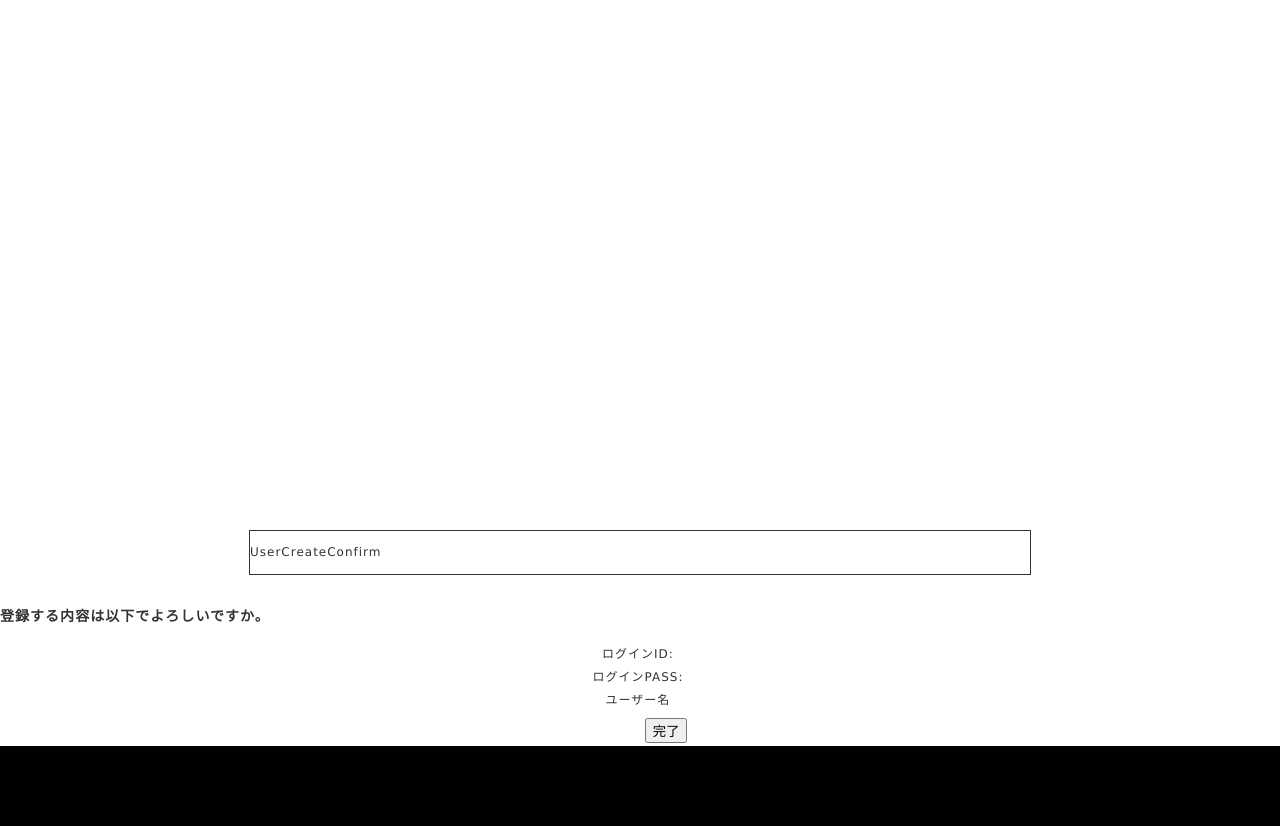
Repository: moe-irizuki/ecsite
Page: http://localhost/template/userCreateConfirm.jsp
The author's editor kept a copy of each file at every save. The page is drawn from the files as they stood at one save, then again after the next save.
The browser window is 1280 px wide. The pictures show the whole page.
The page is served by Tomcat 9. Other server files are loaded and not shown.

Above is the page before, as saved 2018-05-01 00:57:55.

### template/WebContent/userCreateConfirm.jsp
<%@ page language="java" contentType="text/html; charset=UTF-8"
    pageEncoding="UTF-8"%>
<%@ taglib prefix="s" uri="/struts-tags" %>
<!DOCTYPE html>
<html>
<head>
	<meta http-equiv="Content-Type" content="text/html; charset=UTF-8" />
	<meta http-equiv="Content-Style-Type" content="text/css" />
	<meta http-equiv="Content-Script-Type" content="text/javascript" />
	<meta name="description" content="" />
	<meta name="keywords" content="" />
	<title>UserCreateConfirm画面</title>

	<style type = "text/css">
	/* ========TAG LAYOUT======== */
		body{
			margin:0;
			padding:0;
			line-height:1.6;
			letter-spacing:1px;
			font-family:Verdana,Helvetica,sans-serif;
			font-size:12px;
			color:#333;
			background:#fff;
		}

		table{
			text-align:center;
			margin:0 auto;
		}
	/* ========ID LAYOUT======== */
		#top{
			width:780px;
			margin:30px auto;
			border:1px solid #333;
		}

		#header{
			width:100%;
			height:500px;
			text-align:center;
		}

		#footer{
			width:100%;
			height:80px;
			background-color:black;
			clear:both;
		}
	</style>
</head>
<body>
	<div id="header">
		<div id="pr">
		</div>
	</div>
	<div id="main">
		<div id="top">
			<p>UserCreateConfirm</p>
		</div>
		<div>
			<h3>登録する内容は以下でよろしいですか。</h3>
			<table>
				<s:form action="UserCreateCompleteAction">
				<tr id="box">
					<td>
						<label>ログインID:</label>
					</td>
					<td>
						<s:property value="loginUserId" escape="false" />
					</td>
				</tr>
				<tr id=box>
					<td>
						<label>ログインPASS:</label>
					</td>
					<td>
						<s:property value="loginPassword" escape="false" />
					</td>
				</tr>
				<tr id="box">
					<td>
						<label>ユーザー名</label>
					</td>
					<td>
						<s:property value="userName" escape="false" />
					</td>
				</tr>
				<tr>
					<td>
						<s:submit value="完了"/>
					</td>
				</tr>
				</s:form>
			</table>
		</div>
	</div>
<div id="footer">
	<div id="pr">
	</div>
</div>
</body>
</html>

After the next save:
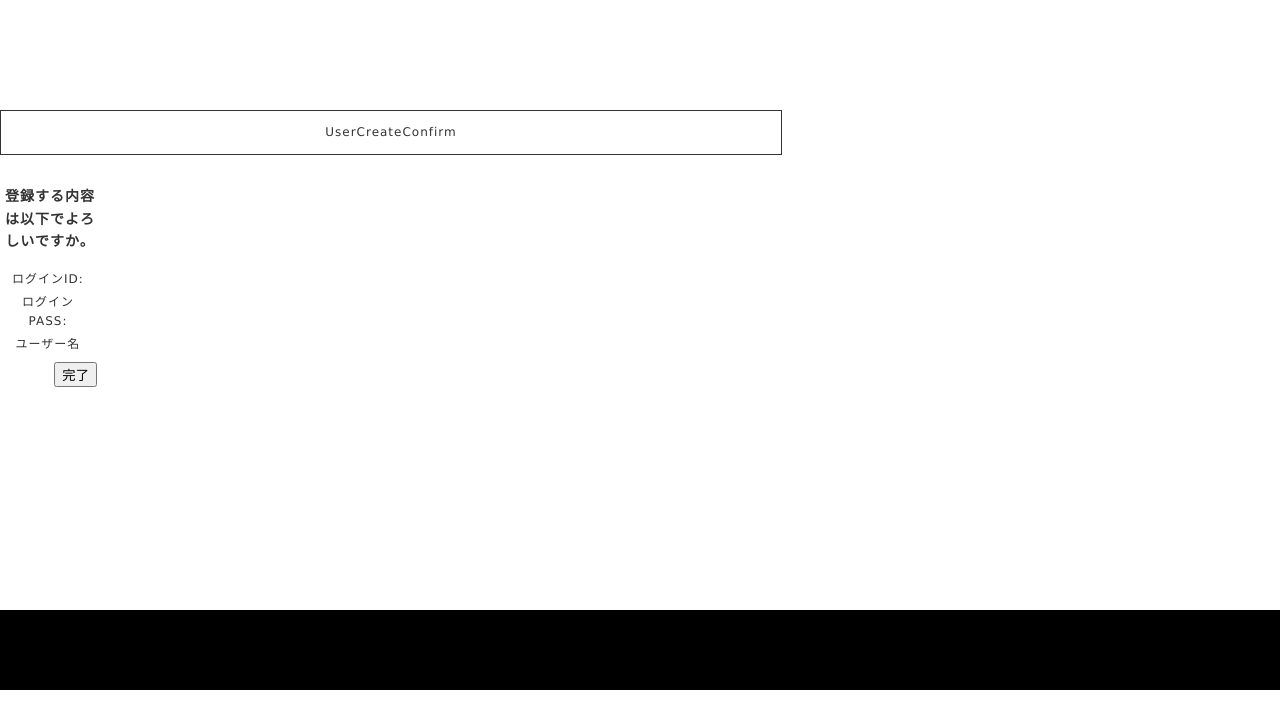
Saved 28 min 0 s later.
--- a/template/WebContent/userCreateConfirm.jsp
+++ b/template/WebContent/userCreateConfirm.jsp
@@ -37,6 +37,12 @@
 
 		#header{
 			width:100%;
+			height:80px;
+			text-align:center;
+		}
+
+		#main{
+			width:100px;
 			height:500px;
 			text-align:center;
 		}
